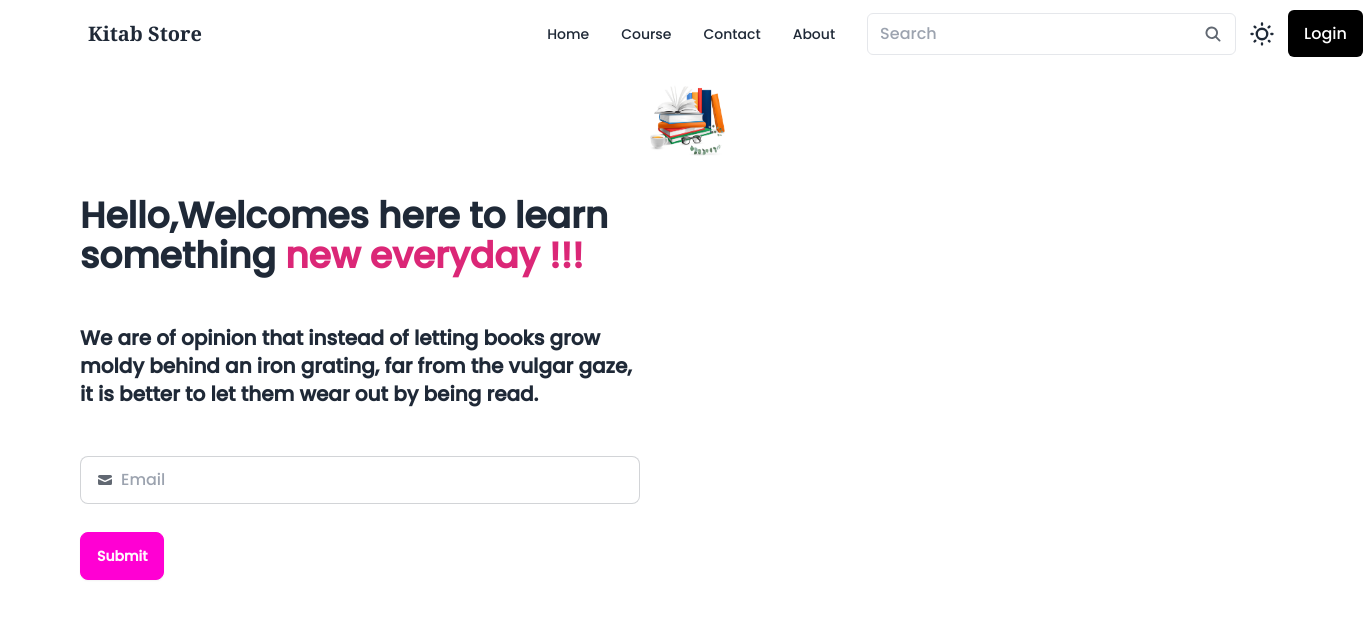
Repository: diensy/Kitab.com
Page: / (app in Frontend/)
An editor plug-in stored every save of this project. The page is shown before and after the next save, followed by the edit.
The browser window is 1280 px wide. The page is 1363 px wide, so the pictures cover 1363 px, including what lies to the right of the window. The pictures show the whole page.
The project was rebuilt for these pictures with package versions that can differ from the ones it lists, and the page was loaded fresh each time. Also part of the build but not shown: Frontend/vite.config.js.

Above is the page before, as saved 2024-07-28 23:47:06.

After the next save:
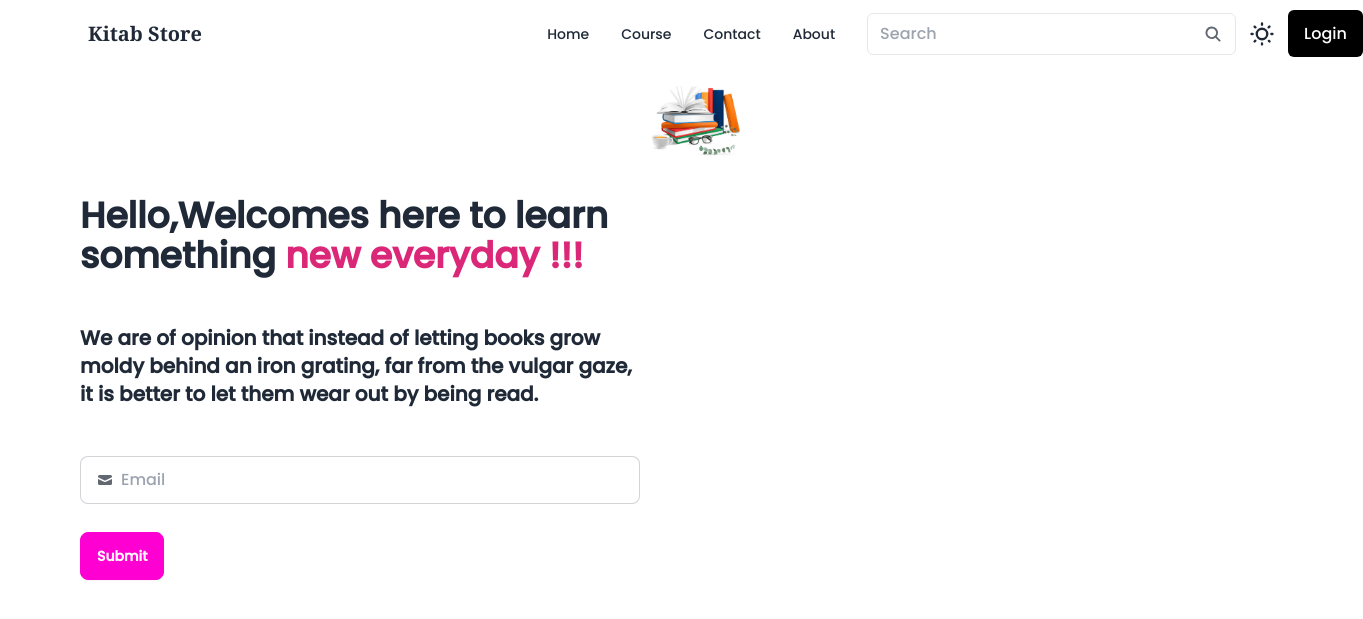
Saved 9 s later.
--- a/Frontend/src/Components/Banner.jsx
+++ b/Frontend/src/Components/Banner.jsx
@@ -31,7 +31,7 @@ const Banner = () => {
           <button className="btn btn-secondary mt-7">Submit</button>
         </div>
         <div className="w-full md:w-1/2">
-          <img src="public/Banner.jpg" alt="Books" className="w-24 h-24" />
+          <img src="public/Banner.jpg" alt="Books" className="w-240 h-24" />
         </div>
       </div>
     </>
